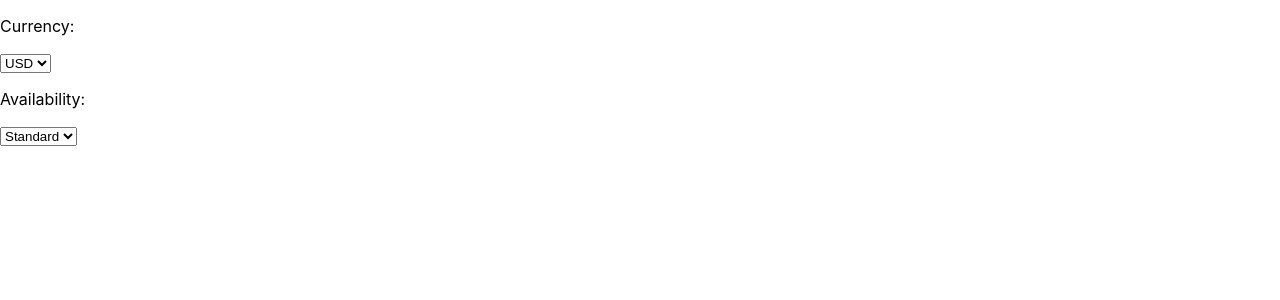
Repository: DinoDime/CostCalculator
Page: /
The author's editor kept a copy of each file at every save. The page is drawn from the files as they stood at one save, then again after the next save.
The browser window is 1280 px wide. The pictures show the whole page.
The project was rebuilt for these pictures with package versions that can differ from the ones it lists, and the page was loaded fresh each time. Also part of the build but not shown: src/App.css.

Above is the page before, as saved 2021-05-10 12:40:00.

After the next save:
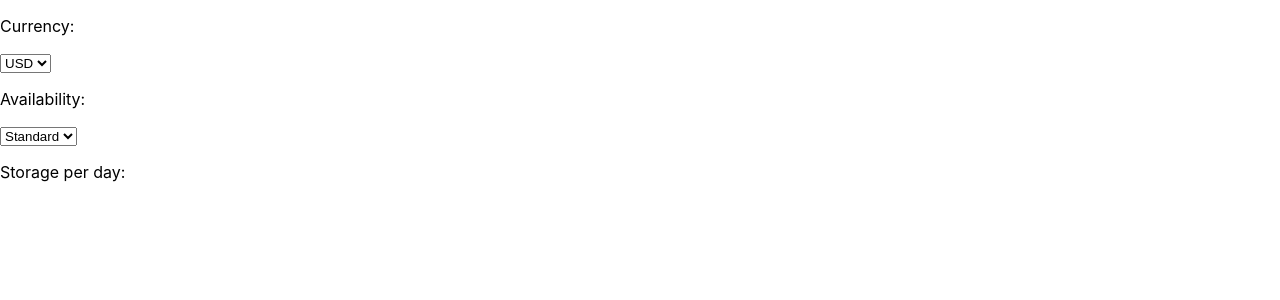
Saved 5 h 4 min later.
--- a/src/App.js
+++ b/src/App.js
@@ -6,23 +6,22 @@ function App() {
   return (
     <div>
       <p>Currency: </p>
-      <form>
-        <select name="dropdown">
-          <option value="USD" selected>
-            USD
-          </option>
-          <option value="CHF">CHF</option>
-          <option value="EUR">EUR</option>
-          <option value="GBP">GBP</option>
-          <option value="ZAR">ZAR</option>
-          <option value="AUD">AUD</option>
-        </select>
-      </form>
+      <select name="dropdown">
+        <option value="USD" selected>
+          USD
+        </option>
+        <option value="CHF">CHF</option>
+        <option value="EUR">EUR</option>
+        <option value="GBP">GBP</option>
+        <option value="ZAR">ZAR</option>
+        <option value="AUD">AUD</option>
+      </select>
       <p>Availability: </p>
       <select name="dropdown">
         <option value="Standard">Standard</option>
         <option value="High">High</option>
       </select>
+      <p>Storage per day:</p>
     </div>
   );
 }
